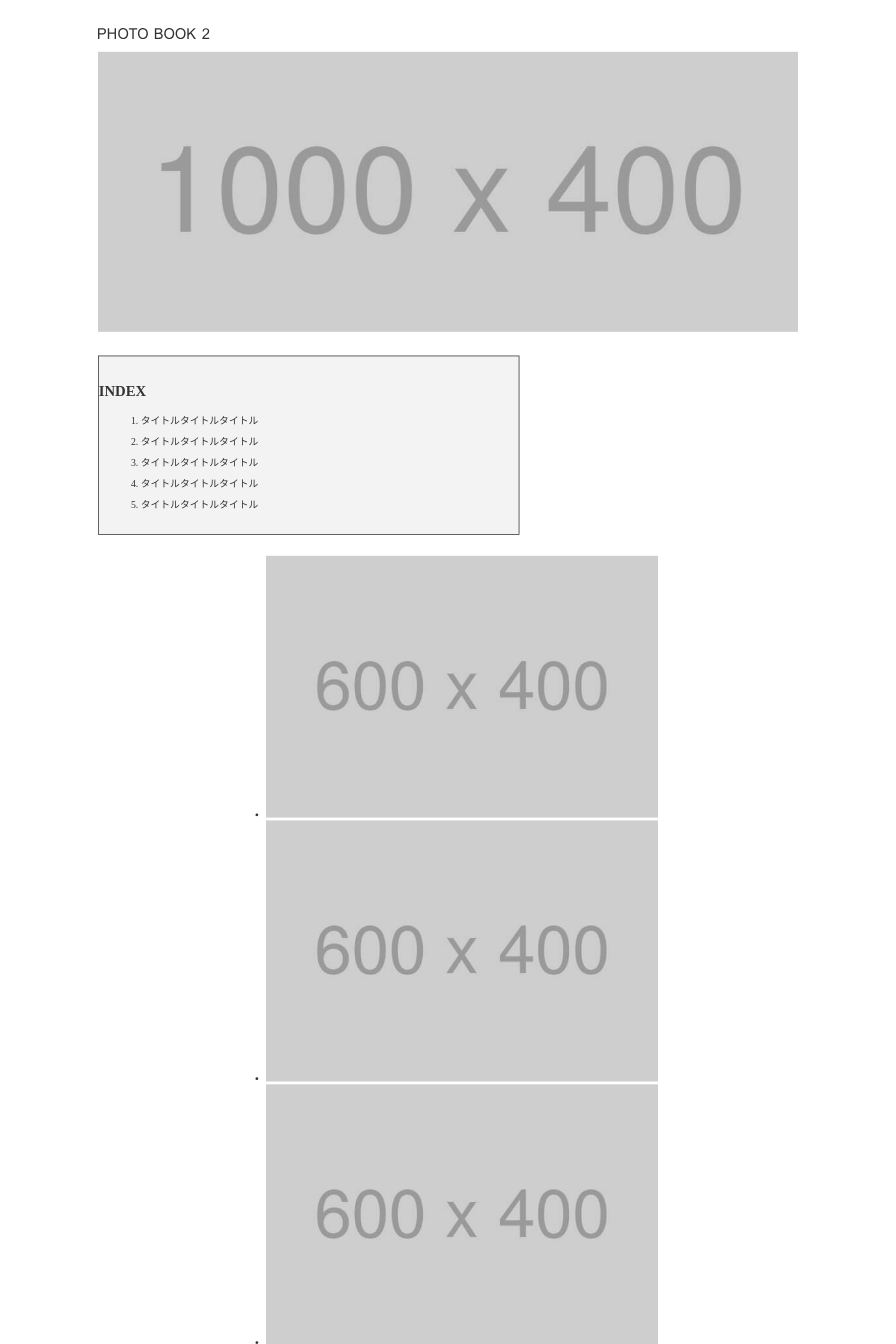
Repository: Fuki-san/photo-book-2
Page: http://localhost/photobook
An editor plug-in stored every save of this project. The page is shown before and after a run of saves, followed by the edit.
The browser window is 1280 px wide. The pictures show the part of the page from y = 0 to 1920 px (the page is 2629 px tall before and 2643 px after), at 70% of full size.
The page is served by the project's Laravel application, run on PHP 8.4 with Laravel 10. Other server files are loaded and not shown.

Above is the page before, as saved 2023-11-30 11:51:50.

### routes/web.php
<?php

use Illuminate\Support\Facades\Route;

/*
|--------------------------------------------------------------------------
| Web Routes
|--------------------------------------------------------------------------
|
| Here is where you can register web routes for your application. These
| routes are loaded by the RouteServiceProvider and all of them will
| be assigned to the "web" middleware group. Make something great!
|
*/

Route::get('/', function () {
    return view('welcome');
});

Route::get('photobook', function() {
    return view('photobook');
})->name('photobook');

### resources/views/photobook.blade.php
@extends('layouts.main')

@section('title', 'photobook')

@section('content')
    <div class="container">
        <header id="header">
            <h1 class="site-title"><a href="#"><img src="img/logo.svg" alt=""></a></h1>
        </header>

        <main>

            <div id="mainvisual">
                <img src="img/mainvisual.jpg" alt="">
            </div>

            <section id="index">
                <div class="inner">
                    <h2 class="sec-title">INDEX</h2>
                    <div class="index-inner">
                        <ol class="index-list">
                            <li>タイトルタイトルタイトル</li>
                            <li>タイトルタイトルタイトル</li>
                            <li>タイトルタイトルタイトル</li>
                            <li>タイトルタイトルタイトル</li>
                            <li>タイトルタイトルタイトル</li>
                        </ol>
                    </div>
                </div>
            </section>

                <div class="inner">
                    <ul class="list">
                        <li><img src="img/photo1.jpg" alt=""></li>
                        <li><img src="img/photo2.jpg" alt=""></li>
                        <li><img src="img/photo3.jpg" alt=""></li>
                        <li><img src="img/photo4.jpg" alt=""></li>
                    </ul>
                </div>

            <section id="detail">
                <div class="inner">
                    <h2 class="sec-title">DETAIL</h2>
                    <div class="flex">
                        <dl>
                            <dt>著者 : </dt>
                            <dd>タイトルタイトルタイトル</dd>
                            <dt>出版社 : </dt>
                            <dd>タイトルタイトルタイトル</dd>
                            <dt>発行年 : </dt>
                            <dd>2021年1月1日</dd>
                        </dl>
                        <div class="text">
                            <p>テキストテキストテキストテキストテキストテキストテキストテキスト</p>
                            <p>テキストテキストテキストテキストテキストテキストテキストテキスト</p>
                            <a href="#" class="link" target="_blank" rel="noopener noreferrer">オンラインストアで見る</a>
                        </div>
                    </div>
                </div>
            </section>
        </main>

        <footer id="footer">
            <p>&copy; 2021 PHOTO BOOK 2</p>
        </footer>

    </div>
@endsection

### resources/views/layouts/main.blade.php
<!DOCTYPE html>
<html lang="ja">
<head>
    <meta charset="UTF-8">
    <meta name="viewport" content="width=device-width, initial-scale=1.0">
    <meta http-equiv="X-UA-Compatible" content="ie=edge">
    <link rel="stylesheet" href="{{ asset('css/reset.css') }}">
    <link rel="stylesheet" href="{{ asset('css/style.css') }}">
    <link rel="icon" href="img/favicon.ico">
    <title>@yield('title')</title>
</head>
<body>
    @yield('content')
</body>
</html>

### public/css/style.css
@charset "utf-8";

html{
    font-size: 100%;
}
body{
    color: #333;
    font-size: 0.875rem;
}
img{
    max-width: 100%;
}
.container{
    max-width: 1000px;
    margin: 0 auto;
}
.inner{
    margin: 0 auto;
    max-width: 600px;
}

/* header */
#header{
    margin: 40px 0 10px 0;
}
#header .site-title{
    width: 160px;
    line-height: 1px;
}
#header .site-title a{
    display: block;
}
/* indexx */
#index .inner{
    background-color: #f3f3f3;
    padding: 20px 0;
    margin: 30px 0;
    border: solid 1px #242424;
}

#index .index-list{
    margin-left: 20px;
}
#index .index-list li{
    margin-bottom: 10px;
}
#index .index-list li:last-child{
    margin-bottom: 0;
}
#index .index-inner{

}

### public/img/logo.svg
<?xml version="1.0" encoding="utf-8"?>
<!-- Generator: Adobe Illustrator 15.1.0, SVG Export Plug-In . SVG Version: 6.00 Build 0)  -->
<!DOCTYPE svg PUBLIC "-//W3C//DTD SVG 1.1//EN" "http://www.w3.org/Graphics/SVG/1.1/DTD/svg11.dtd">
<svg version="1.1" id="レイヤー_1" xmlns="http://www.w3.org/2000/svg" xmlns:xlink="http://www.w3.org/1999/xlink" x="0px"
	 y="0px" width="1600px" height="156px" viewBox="0 0 1600 156" enable-background="new 0 0 1600 156" xml:space="preserve">
<g>
	<path fill="#333333" d="M0,152.092V2.65h56.373c9.92,0,17.498,0.477,22.731,1.428c7.34,1.223,13.49,3.552,18.451,6.982
		c4.96,3.433,8.953,8.241,11.978,14.425c3.022,6.185,4.536,12.98,4.536,20.387c0,12.709-4.043,23.463-12.129,32.264
		c-8.09,8.802-22.699,13.202-43.834,13.202h-38.33v60.754H0z M19.775,73.702h38.636c12.775,0,21.847-2.379,27.217-7.136
		c5.369-4.757,8.053-11.451,8.053-20.082c0-6.252-1.581-11.604-4.741-16.056c-3.16-4.45-7.324-7.391-12.487-8.817
		c-3.33-0.883-9.481-1.325-18.452-1.325H19.775V73.702z"/>
	<path fill="#333333" d="M139.859,152.092V2.65h19.776v61.367h77.677V2.65h19.775v149.441h-19.775V81.652h-77.677v70.439H139.859z"
		/>
	<path fill="#333333" d="M288.174,79.309c0-24.805,6.66-44.224,19.98-58.258C321.473,7.019,338.667,0,359.735,0
		c13.795,0,26.232,3.298,37.309,9.889c11.076,6.593,19.521,15.784,25.332,27.574c5.811,11.791,8.716,25.163,8.716,40.112
		c0,15.155-3.059,28.713-9.175,40.674c-6.116,11.961-14.781,21.016-25.993,27.166c-11.214,6.15-23.311,9.226-36.291,9.226
		c-14.067,0-26.641-3.398-37.717-10.194c-11.079-6.794-19.471-16.071-25.179-27.829C291.029,104.86,288.174,92.425,288.174,79.309z
		 M308.562,79.614c0,18.01,4.843,32.197,14.527,42.559c9.684,10.364,21.831,15.546,36.442,15.546
		c14.884,0,27.131-5.231,36.75-15.699c9.615-10.464,14.423-25.313,14.423-44.546c0-12.165-2.057-22.784-6.167-31.856
		c-4.112-9.071-10.126-16.106-18.043-21.101c-7.917-4.995-16.804-7.493-26.656-7.493c-14,0-26.046,4.81-36.137,14.425
		C313.608,41.065,308.562,57.121,308.562,79.614z"/>
	<path fill="#333333" d="M490.425,152.092V20.286h-49.237V2.65h118.451v17.636h-49.439v131.806H490.425z"/>
	<path fill="#333333" d="M570.14,79.309c0-24.805,6.658-44.224,19.979-58.258C603.438,7.019,620.632,0,641.7,0
		c13.794,0,26.23,3.298,37.309,9.889c11.076,6.593,19.522,15.784,25.331,27.574c5.813,11.791,8.717,25.163,8.717,40.112
		c0,15.155-3.059,28.713-9.176,40.674c-6.114,11.961-14.779,21.016-25.992,27.166s-23.311,9.226-36.291,9.226
		c-14.068,0-26.641-3.398-37.717-10.194c-11.078-6.794-19.47-16.071-25.179-27.829C572.994,104.86,570.14,92.425,570.14,79.309z
		 M590.526,79.614c0,18.01,4.843,32.197,14.527,42.559c9.685,10.364,21.83,15.546,36.442,15.546
		c14.883,0,27.132-5.231,36.748-15.699c9.615-10.464,14.424-25.313,14.424-44.546c0-12.165-2.057-22.784-6.166-31.856
		c-4.113-9.071-10.127-16.106-18.043-21.101c-7.918-4.995-16.804-7.493-26.658-7.493c-14,0-26.044,4.81-36.136,14.425
		C595.572,41.065,590.526,57.121,590.526,79.614z"/>
	<path fill="#333333" d="M812.43,152.092V2.65h56.066c11.416,0,20.573,1.514,27.472,4.537c6.896,3.024,12.3,7.68,16.209,13.966
		c3.907,6.286,5.861,12.861,5.861,19.724c0,6.39-1.732,12.404-5.198,18.044c-3.467,5.641-8.7,10.193-15.7,13.659
		c9.039,2.65,15.987,7.172,20.848,13.558c4.857,6.389,7.289,13.933,7.289,22.631c0,7-1.479,13.506-4.435,19.521
		c-2.957,6.016-6.612,10.652-10.958,13.915c-4.352,3.261-9.806,5.726-16.363,7.391c-6.558,1.666-14.593,2.497-24.106,2.497H812.43z
		 M832.206,65.444h32.313c8.768,0,15.053-0.576,18.859-1.733c5.027-1.493,8.818-3.975,11.366-7.439
		c2.548-3.468,3.822-7.815,3.822-13.049c0-4.961-1.188-9.328-3.567-13.099c-2.38-3.773-5.776-6.354-10.192-7.748
		c-4.419-1.393-11.997-2.09-22.733-2.09h-29.868V65.444z M832.206,134.457h37.208c6.386,0,10.872-0.237,13.455-0.715
		c4.552-0.814,8.358-2.173,11.417-4.077c3.058-1.901,5.571-4.672,7.544-8.308c1.971-3.634,2.956-7.832,2.956-12.589
		c0-5.571-1.428-10.414-4.281-14.526c-2.854-4.111-6.814-6.999-11.876-8.665c-5.063-1.664-12.354-2.497-21.865-2.497h-34.558
		V134.457z"/>
	<path fill="#333333" d="M946.479,79.309c0-24.805,6.659-44.224,19.979-58.258C979.776,7.019,996.972,0,1018.039,0
		c13.794,0,26.23,3.298,37.309,9.889c11.077,6.593,19.521,15.784,25.331,27.574c5.812,11.791,8.717,25.163,8.717,40.112
		c0,15.155-3.058,28.713-9.175,40.674s-14.781,21.016-25.994,27.166s-23.311,9.226-36.29,9.226
		c-14.068,0-26.641-3.398-37.717-10.194c-11.078-6.794-19.47-16.071-25.18-27.829C949.332,104.86,946.479,92.425,946.479,79.309z
		 M966.865,79.614c0,18.01,4.842,32.197,14.526,42.559c9.685,10.364,21.83,15.546,36.442,15.546
		c14.884,0,27.133-5.231,36.749-15.699c9.615-10.464,14.424-25.313,14.424-44.546c0-12.165-2.057-22.784-6.166-31.856
		c-4.113-9.071-10.127-16.106-18.044-21.101c-7.917-4.995-16.803-7.493-26.657-7.493c-14.001,0-26.044,4.81-36.136,14.425
		C971.91,41.065,966.865,57.121,966.865,79.614z"/>
	<path fill="#333333" d="M1108.865,79.309c0-24.805,6.66-44.224,19.979-58.258C1142.163,7.019,1159.357,0,1180.426,0
		c13.794,0,26.23,3.298,37.31,9.889c11.076,6.593,19.521,15.784,25.332,27.574c5.811,11.791,8.715,25.163,8.715,40.112
		c0,15.155-3.059,28.713-9.175,40.674c-6.115,11.961-14.779,21.016-25.993,27.166s-23.312,9.226-36.29,9.226
		c-14.068,0-26.642-3.398-37.719-10.194c-11.078-6.794-19.469-16.071-25.177-27.829
		C1111.719,104.86,1108.865,92.425,1108.865,79.309z M1129.254,79.614c0,18.01,4.842,32.197,14.525,42.559
		c9.684,10.364,21.831,15.546,36.442,15.546c14.882,0,27.131-5.231,36.749-15.699c9.615-10.464,14.424-25.313,14.424-44.546
		c0-12.165-2.057-22.784-6.167-31.856c-4.113-9.071-10.127-16.106-18.043-21.101c-7.917-4.995-16.804-7.493-26.658-7.493
		c-13.999,0-26.044,4.81-36.135,14.425C1134.298,41.065,1129.254,57.121,1129.254,79.614z"/>
	<path fill="#333333" d="M1276.45,152.092V2.65h19.776V76.76l74.211-74.109h26.81l-62.691,60.552l65.444,88.89h-26.096
		l-53.213-75.638l-24.465,23.854v51.784H1276.45z"/>
</g>
<path fill="#333333" d="M1588.863,134.712v17.636h-98.777c-0.138-4.417,0.575-8.665,2.14-12.743
	c2.514-6.728,6.54-13.354,12.079-19.878c5.539-6.523,13.541-14.067,24.008-22.63c16.242-13.319,27.218-23.87,32.926-31.652
	c5.709-7.78,8.563-15.138,8.563-22.069c0-7.271-2.601-13.405-7.799-18.4c-5.199-4.995-11.978-7.492-20.337-7.492
	c-8.835,0-15.902,2.65-21.203,7.951s-7.986,12.641-8.053,22.019l-18.859-1.937c1.29-14.067,6.149-24.787,14.577-32.162
	c8.427-7.373,19.741-11.061,33.946-11.061c14.338,0,25.688,3.976,34.048,11.927c8.358,7.951,12.538,17.807,12.538,29.563
	c0,5.981-1.224,11.86-3.67,17.636c-2.446,5.776-6.508,11.86-12.182,18.247c-5.676,6.389-15.104,15.155-28.288,26.3
	c-11.009,9.243-18.078,15.513-21.203,18.808c-3.127,3.298-5.708,6.61-7.747,9.939H1588.863z"/>
</svg>

After the next 2 saves:
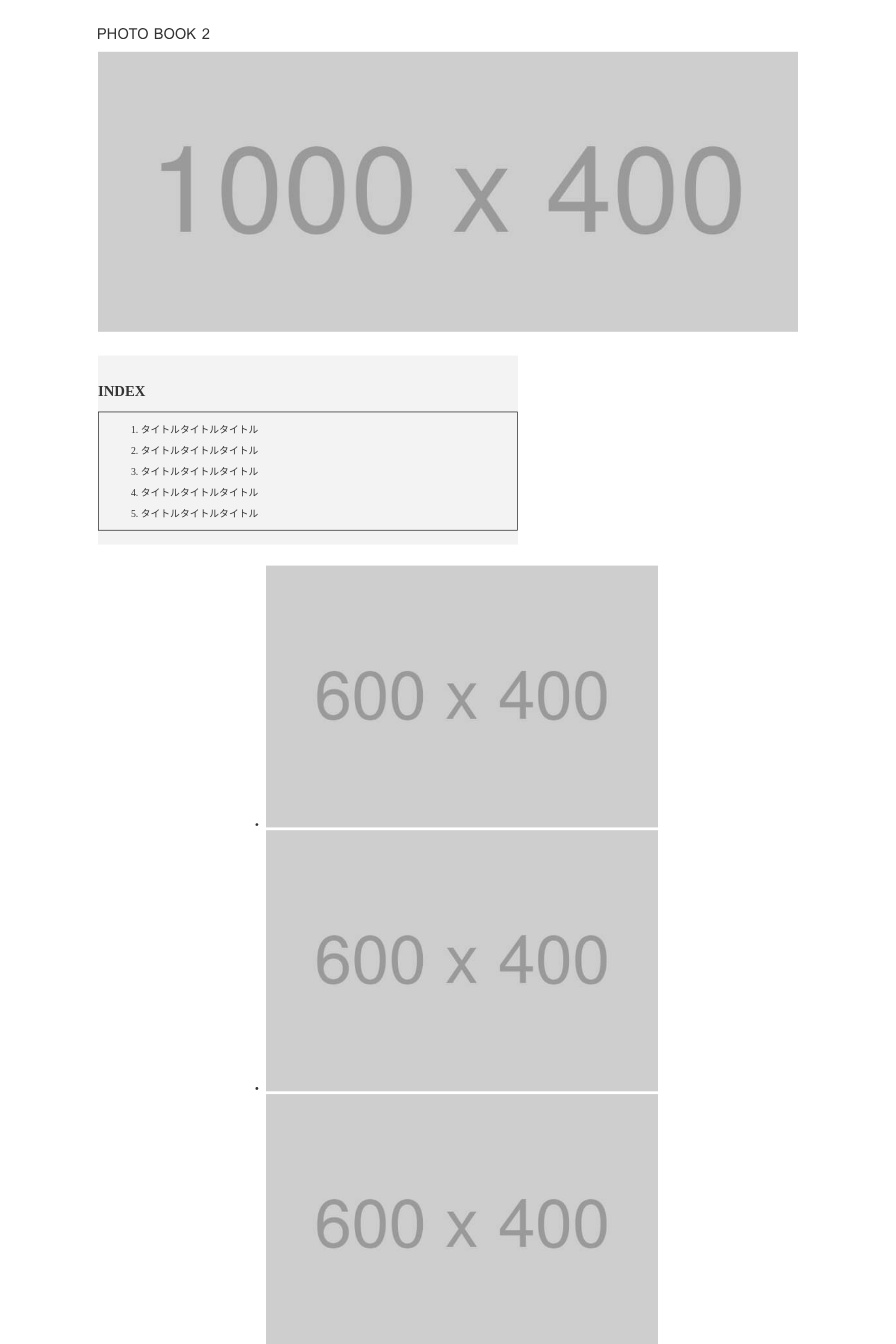
The 2 saves are shown as one change because they came seconds apart.
The last was saved 8 s later.
--- a/public/css/style.css
+++ b/public/css/style.css
@@ -35,7 +35,6 @@ img{
     background-color: #f3f3f3;
     padding: 20px 0;
     margin: 30px 0;
-    border: solid 1px #242424;
 }
 
 #index .index-list{
@@ -48,5 +47,5 @@ img{
     margin-bottom: 0;
 }
 #index .index-inner{
-
+    border: solid 1px #242424;
 }
